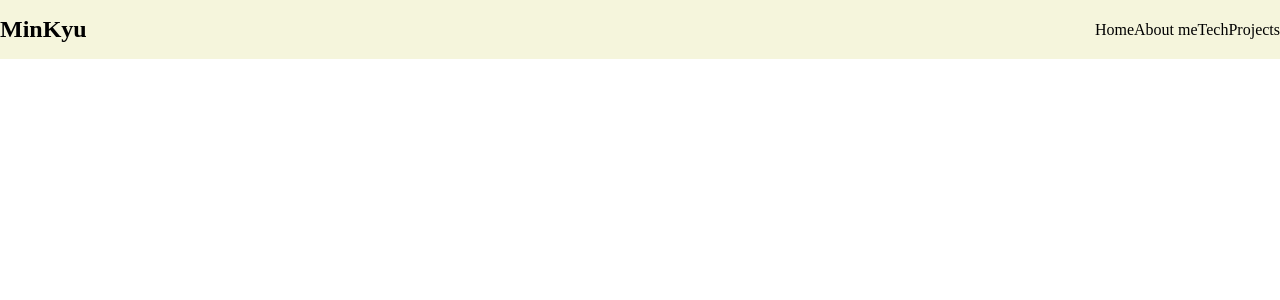
Repository: alsrb0504/portfolio-blog
Page: /
The author's editor kept a copy of each file at every save. The page is drawn from the files as they stood at one save, then again after a run of saves.
The browser window is 1280 px wide. The pictures show the whole page.
The project was rebuilt for these pictures with package versions that can differ from the ones it lists, and the page was loaded fresh each time. Also part of the build but not shown: src/app.module.css.

Above is the page before, as saved 2021-07-12 15:45:19.

### src/index.css
* {
  box-sizing: border-box;
  border: 0;
  margin: 0;
}

### src/app.jsx
import './app.module.css';
import Header from './components/header/header';

function App() {
  return (
    <>
      <Header />
    </>
  );
}

export default App;

### src/components/header/header.jsx
import React from 'react';
import styles from './header.module.css';

const Header = (props) => {


  return(
    <header className={styles.header}>
      <h2 className={styles.title}>MinKyu</h2>
      <ul className={styles.menus}>
        <li className={styles.menu}><span>Home</span></li>
        <li className={styles.menu}><span>About me</span></li>
        <li className={styles.menu}><span>Tech</span></li>
        <li className={styles.menu}><span>Projects</span></li>
      </ul>
    </header>
  )
}

export default Header;

### src/components/header/header.module.css
.header {
  background-color: beige;
  width: 100%;
  padding: 1rem 0;
  display: flex;
  justify-content: space-between;
  align-items: center;
}

.title {
  /* margin: 0; */
}

.menus {
  /* margin: 0; */
  /* padding: 0; */
  display: flex;
}

.menu {
  list-style: none;
}

Loaded but not shown: public/index.html (common file); src/index.js (common file); src/reportWebVitals.js (common file)

After the next 2 saves:
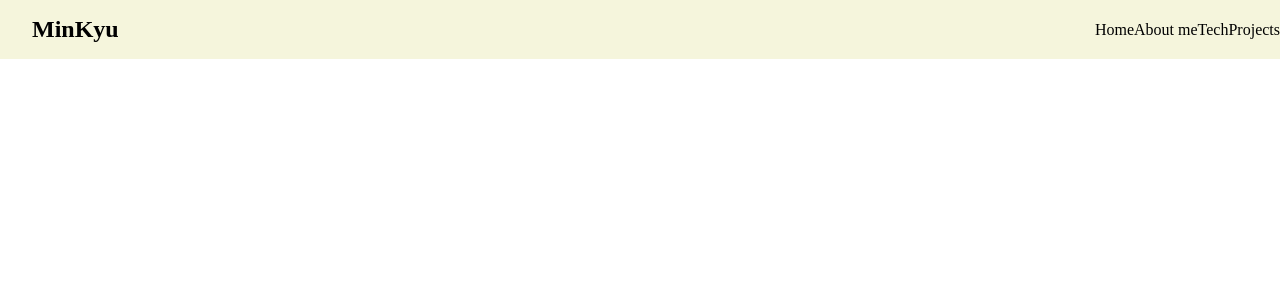
The 2 saves are shown as one change because they came seconds apart.
The last was saved 20 s later.
--- a/src/components/header/header.module.css
+++ b/src/components/header/header.module.css
@@ -9,6 +9,7 @@
 
 .title {
   /* margin: 0; */
+  padding-left: 2rem;
 }
 
 .menus {
